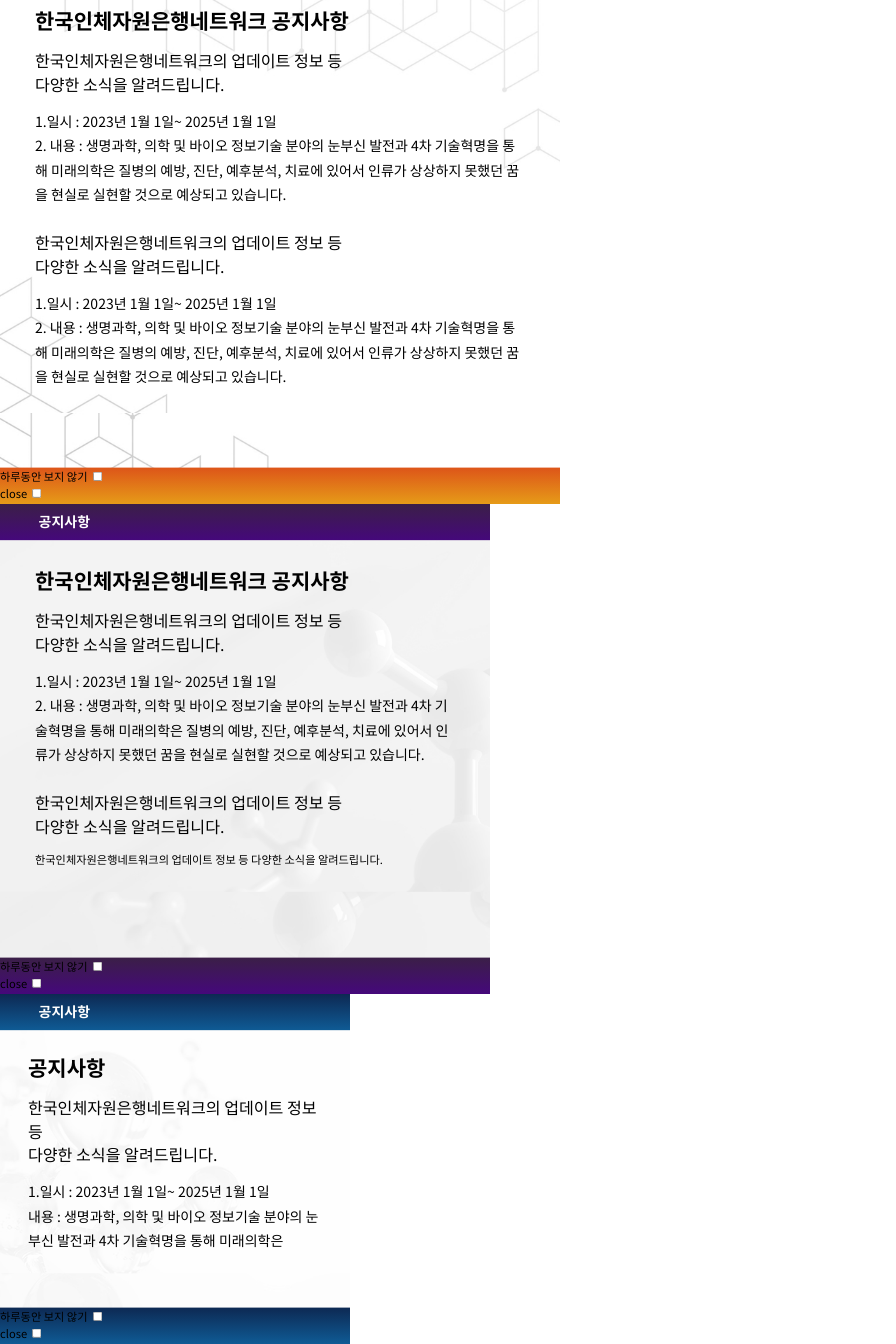
Repository: dlgywls1130/common_popup
Page: index.html
The author's editor kept a copy of each file at every save. The page is drawn from the files as they stood at one save, then again after the next save.
The browser window is 1280 px wide. The pictures show the part of the page from y = 680 to 2600 px (the page is 2600 px tall), at 70% of full size.

Above is the page before, as saved 2023-10-26 00:00:58.

### index.html
<!DOCTYPE html>
<html lang="en">
<head>
    <meta charset="UTF-8">
    <meta name="viewport" content="width=device-width, initial-scale=1.0">
    <title>Document</title>

    <link rel="stylesheet" href="./style.css">
</head>
<body>

    <!-- 첫번째 팝업 -->
    <div class="common_modal blue">
        <div class="common_head ">
            공지사항
        </div>
        <div class="common_body">
            <h2 class="common_body_head">
                한국인체자원은행네트워크 공지사항
            </h2>
            <div class="common_body_span">
                한국인체자원은행네트워크의 업데이트 정보 등
                <br>다양한 소식을 알려드립니다.
            </div>
            <div class="common_body_descript">
                <p>1.일시 : 2023년 1월 1일~ 2025년 1월 1일</p>
                <p>2. 내용 : 생명과학, 의학 및 바이오 정보기술 분야의 눈부신
                발전과 4차 기술혁명을 통해 미래의학은 질병의 예방, 진단,
                예후분석, 치료에 있어서 인류가 상상하지 못했던 꿈을 현실로
                실현할 것으로 예상되고 있습니다.</p>
            </div>
        </div>
        <div class="common_footer">
            <div class="day_off">
                <label for="all-none">하루동안 보지 않기</label>
                <input id="all-none" type="checkbox">
            </div>
            <div class="day_off">
                <label for="closechk">close</label>
                <input id="closechk" type="checkbox">
            </div>
        </div>
    </div>

    <!-- 두번째 팝업 -->
    <div class="common_modal orange">
        <div class="common_head">
            공지사항
        </div>
        <div class="common_body">
            <h2 class="common_body_head">
                한국인체자원은행네트워크 공지사항
            </h2>
            <div class="common_body_span">
                한국인체자원은행네트워크의 업데이트 정보 등
                <br>다양한 소식을 알려드립니다.
            </div>
            <div class="common_body_descript mb-34">
                <p>1.일시 : 2023년 1월 1일~ 2025년 1월 1일</p>
                <p>2. 내용 : 생명과학, 의학 및 바이오 정보기술 분야의 눈부신
                발전과 4차 기술혁명을 통해 미래의학은 질병의 예방, 진단,
                예후분석, 치료에 있어서 인류가 상상하지 못했던 꿈을 현실로
                실현할 것으로 예상되고 있습니다.</p>
            </div>
            <div class="common_body_span">
                한국인체자원은행네트워크의 업데이트 정보 등
                <br>다양한 소식을 알려드립니다.
            </div>
            <div class="common_body_descript">
                <p>1.일시 : 2023년 1월 1일~ 2025년 1월 1일</p>
                <p>2. 내용 : 생명과학, 의학 및 바이오 정보기술 분야의 눈부신
                발전과 4차 기술혁명을 통해 미래의학은 질병의 예방, 진단,
                예후분석, 치료에 있어서 인류가 상상하지 못했던 꿈을 현실로
                실현할 것으로 예상되고 있습니다.</p>
            </div>
        </div>
        <div class="common_footer">
            <div class="day_off">
                <label for="all-none">하루동안 보지 않기</label>
                <input id="all-none" type="checkbox">
            </div>
            <div class="day_off">
                <label for="closechk">close</label>
                <input id="closechk" type="checkbox">
            </div>
        </div>
    </div>

    <!-- 세번째팝업 -->
    <div class="common_modal purple">
        <div class="common_head">
            공지사항
        </div>
        <div class="common_body">
            <h2 class="common_body_head">
                한국인체자원은행네트워크 공지사항
            </h2>
            <div class="common_body_span">
                한국인체자원은행네트워크의 업데이트 정보 등
                <br>다양한 소식을 알려드립니다.
            </div>
            <div class="common_body_descript mb-34">
                <p>1.일시 : 2023년 1월 1일~ 2025년 1월 1일</p>
                <p>2. 내용 : 생명과학, 의학 및 바이오 정보기술 분야의 눈부신
                발전과 4차 기술혁명을 통해 미래의학은 질병의 예방, 진단,
                예후분석, 치료에 있어서 인류가 상상하지 못했던 꿈을 현실로
                실현할 것으로 예상되고 있습니다.</p>
            </div>
            <div class="common_body_span">
                한국인체자원은행네트워크의 업데이트 정보 등
                <br>다양한 소식을 알려드립니다.
            </div>
            <p>한국인체자원은행네트워크의 업데이트 정보 등 다양한 소식을
                알려드립니다.</p>
        </div>
        <div class="common_footer">
            <div class="day_off">
                <label for="all-none">하루동안 보지 않기</label>
                <input id="all-none" type="checkbox">
            </div>
            <div class="day_off">
                <label for="closechk">close</label>
                <input id="closechk" type="checkbox">
            </div>
        </div>
    </div>

    <!-- 네번째 팝업 -->
    <div class="common_modal sky">
        <div class="common_head">
            공지사항
        </div>
        <div class="common_body">
            <h2 class="common_body_head">
                공지사항
            </h2>
            <div class="common_body_span">
                한국인체자원은행네트워크의 업데이트 정보 등
                <br>다양한 소식을 알려드립니다.
            </div>
            <div class="common_body_descript">
                <p>1.일시 : 2023년 1월 1일~ 2025년 1월 1일</p>
                <p>내용 : 생명과학, 의학 및 바이오 정보기술 분야의
                    눈부신 발전과 4차 기술혁명을 통해 미래의학은</p>
            </div>
        </div>
        <div class="common_footer">
            <div class="day_off">
                <label for="all-none">하루동안 보지 않기</label>
                <input id="all-none" type="checkbox">
            </div>
            <div class="day_off">
                <label for="closechk">close</label>
                <input id="closechk" type="checkbox">
            </div>
        </div>
    </div>
</body>

<script src="main.js"></script>
</html>

### style.css


@import url('https://fonts.googleapis.com/css2?family=Noto+Sans+KR:wght@300;400;500;700&display=swap');

html, body, div, span, applet, object, iframe,
h1, h2, h3, h4, h5, h6, p, blockquote, pre,
a, abbr, acronym, address, big, cite, code,
del, dfn, em, img, ins, kbd, q, s, samp,
small, strike, strong, sub, sup, tt, var,
b, u, i, center,
dl, dt, dd, ol, ul, li,
fieldset, form, label, legend,
table, caption, tbody, tfoot, thead, tr, th, td,
article, aside, canvas, details, embed,
figure, figcaption, footer, header, hgroup,
menu, nav, output, ruby, section, summary,
time, mark, audio, video {
	margin: 0;
	padding: 0;
	border: 0;
	font-size: 100%;
	font: inherit;
	vertical-align: baseline;
}

.mb-34{margin-bottom: 34px;}

/* common modal */

.common_modal{
    font-family: 'Noto Sans KR', sans-serif;
    position: relative;
}

.common_modal .common_head{
    height: 52px;
    color: #fff;
    width: 100%;
    text-align: left;
    font-size: 20px;
    font-weight: 700;
    padding: 10px 55px;
    box-sizing: border-box;
}

.common_modal.blue {
    width: 600px;
    height: 600px;
    background: url('../img/bg1.jpg')no-repeat;
    background-size: cover;

}

.common_modal.orange {
    width: 800px;
    height: 800px;
    background: url('../img/bg2.jpg')no-repeat;
    background-size: cover;
}

.common_modal.purple {
    width: 700px;
    height: 700px;
    background: url('../img/bg3.jpg')no-repeat;
    background-size: cover;
}

.common_modal.sky {
    width: 500px;
    height: 500px;
    background: url('../img/bg4.jpg')no-repeat;
    background-size: cover;
}

.common_modal.blue .common_body{
    background: url('../img/bg1.jpg')no-repeat;
    background-size: cover;
    width: 100%;
    padding: 35px 50px;
    box-sizing: border-box;
}

.common_modal.orange .common_body{
    background: url('../img/bg2.jpg')no-repeat;
    background-size: cover;
    width: 100%;
    padding: 35px 50px;
    box-sizing: border-box;
}

.common_modal.purple .common_body{
    background: url('../img/bg3.jpg')no-repeat;
    background-size: cover;
    width: 100%;
    padding: 35px 50px;
    box-sizing: border-box;
}

.common_modal.sky .common_body{
    background: url('../img/bg4.jpg')no-repeat;
    background-size: cover;
    width: 100%;
    padding: 30px 40px;
    box-sizing: border-box;
}

.common_footer{
    position: absolute;
    bottom: 0;
    left: 0;
    width: 100%;
    height: 52px;
}

.common_modal.blue .common_head,
.common_modal.blue .common_footer
{
    background: linear-gradient(180deg, rgba(13,41,83,1) 0%, rgba(22,37,128,1) 100%);
}

.common_modal.orange .common_head,
.common_modal.orange .common_footer
{
    background: linear-gradient(180deg, rgba(221,85,25,1) 0%, rgba(230,155,24,1) 100%);
}

.common_modal.purple .common_head,
.common_modal.purple .common_footer
{
    background: linear-gradient(180deg, rgba(59,31,71,1) 0%, rgba(69,8,123,1) 100%);
}

.common_modal.sky .common_head,
.common_modal.sky .common_footer
{
    background: linear-gradient(180deg, rgba(13,41,83,1) 0%, rgba(15,91,149,1) 100%);
}


.common_body_head{
    font-size: 30px;
    font-weight: 700;
    margin-bottom: 18px;
}

.common_body_span{
    font-size: 23px;
    font-weight: 500;
    margin-bottom: 18px;
    line-height: 34px;
}

.common_body_descript p{
    font-size: 20px;
    line-height: 35px;
    font-weight: 300;
}

Loaded but not shown: main.js (no copy from this time; the picture is the same without it)

After the next save:
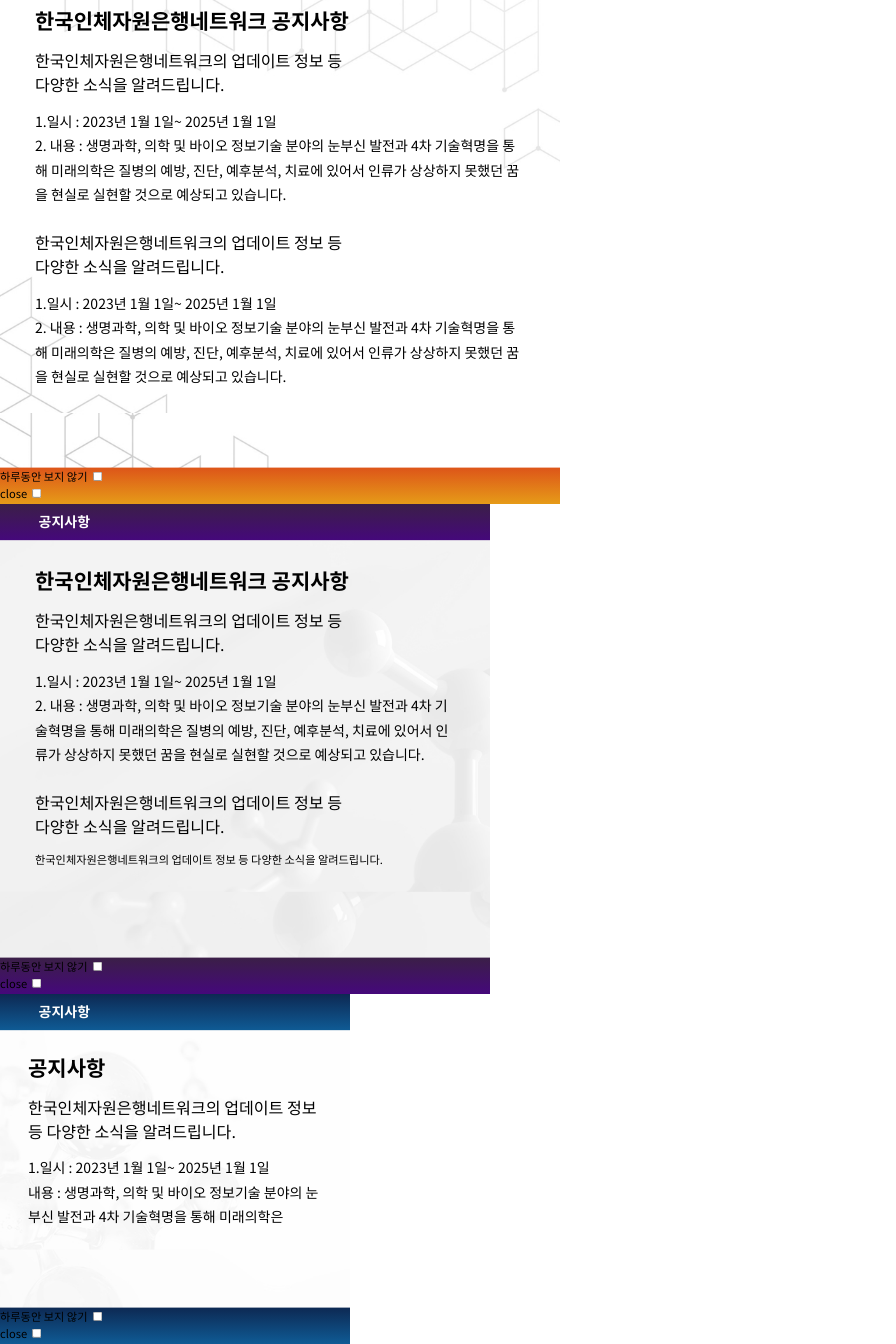
Saved 25 s later.
--- a/index.html
+++ b/index.html
@@ -136,7 +136,7 @@
             </h2>
             <div class="common_body_span">
                 한국인체자원은행네트워크의 업데이트 정보 등
-                <br>다양한 소식을 알려드립니다.
+                다양한 소식을 알려드립니다.
             </div>
             <div class="common_body_descript">
                 <p>1.일시 : 2023년 1월 1일~ 2025년 1월 1일</p>
